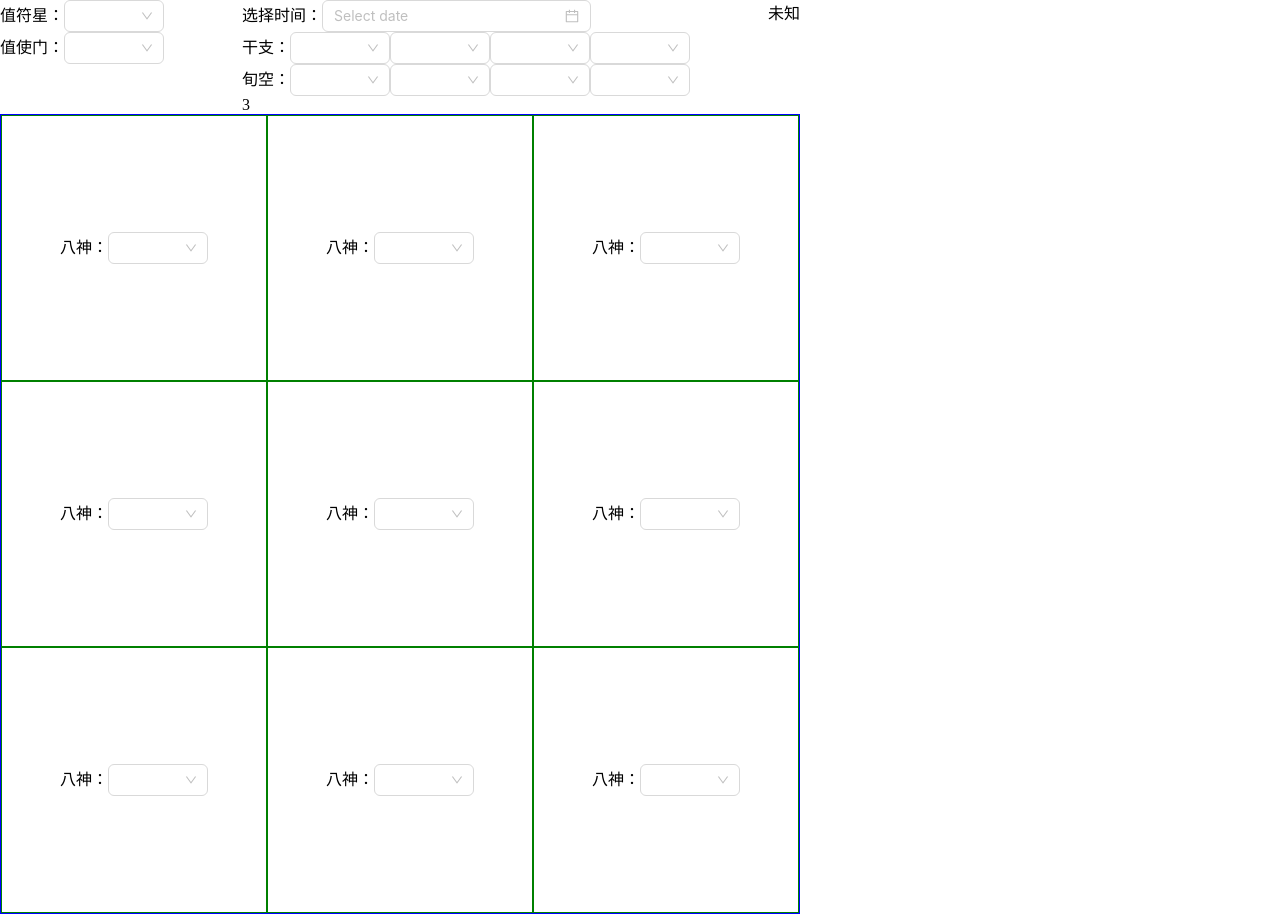
Repository: DaozhangChen/qiMen
Page: /
The author's editor kept a copy of each file at every save. The page is drawn from the files as they stood at one save, then again after the next save.
The browser window is 1280 px wide. The pictures show the whole page.
The project was rebuilt for these pictures with package versions that can differ from the ones it lists, and the page was loaded fresh each time. Also part of the build but not shown: vite.config.js.

Above is the page before, as saved 2024-04-05 22:57:34.

After the next save:
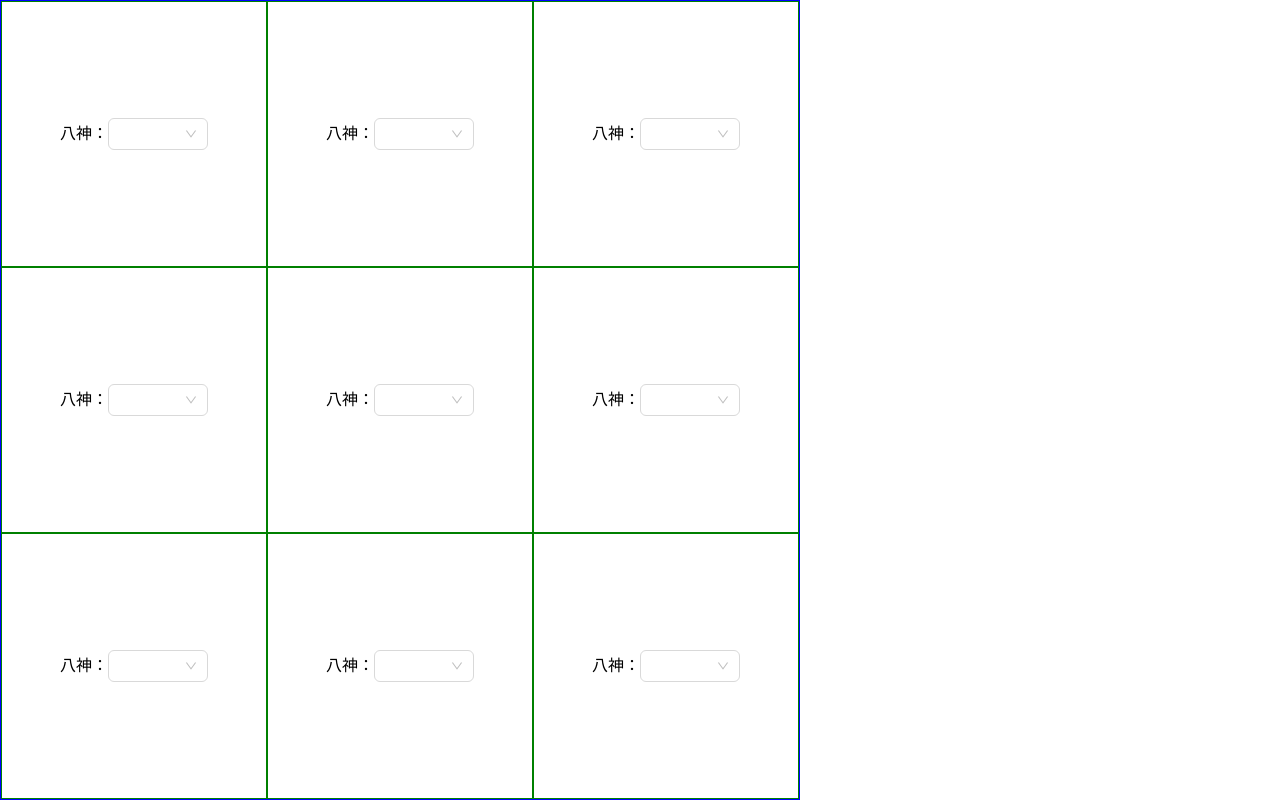
Saved 28 s later.
--- a/src/compoment/Sudoku.jsx
+++ b/src/compoment/Sudoku.jsx
@@ -36,7 +36,7 @@ function Sudoku() {
 
     return (
         <>
-            <HeaderInfo setHeaderInfo={setHeaderInfoObj} />
+            {/* <HeaderInfo setHeaderInfo={setHeaderInfoObj} /> */}
             <div className="sudoku-grid">
                 {/* 生成九宫格 */}
                 {detailInfo.map((value) => (
